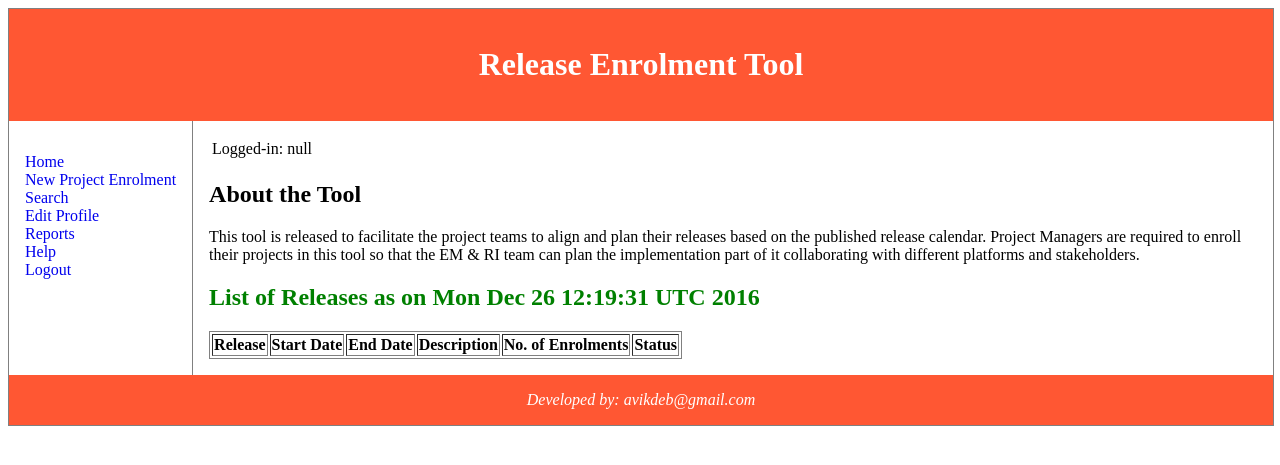
Repository: guribrar/enrolmentapp
Page: http://localhost/enrolmentapp/welcome.jsp
The author's editor kept a copy of each file at every save. The page is drawn from the files as they stood at one save, then again after the next save.
The browser window is 1280 px wide. The pictures show the whole page.
The page is served by Tomcat 9. Other server files are loaded and not shown. Queries for data that is not in the repository find no rows.

Above is the page before, as saved 2016-12-31 17:36:28.

### enrolmentapp/WebContent/welcome.jsp
<%@page import="java.util.Date"%>
<%@ page language="java" contentType="text/html; charset=ISO-8859-1"
    pageEncoding="ISO-8859-1"%>

<%@ taglib uri="http://java.sun.com/jsp/jstl/sql" prefix="sql" %>
<%@ taglib uri="http://java.sun.com/jsp/jstl/core" prefix="c" %>

<!DOCTYPE html>

<sql:query var="rs" dataSource="jdbc/enrolmentapp">
	select * from enrolmentapp.release
</sql:query>

<html>
<head>
<link rel="stylesheet" type="text/css" href="css/style.css">
</head>
<body>

<div class="container">

<header>
   <h1>Release Enrolment Tool</h1>
</header>

<nav>
  <ul>
    <li><a href="testlogin.jsp">Home</a></li>
    <li><a href="underconstruction.jsp">New Project Enrolment</a></li>
    <li><a href="underconstruction.jsp">Search</a></li>
    <li><a href="underconstruction.jsp">Edit Profile</a></li>
    <li><a href="underconstruction.jsp">Reports</a></li>
    <li><a href="underconstruction.jsp">Help</a></li>
    <li><a href="login.jsp">Logout</a></li>
  </ul>
</nav>

<article>
  <table>
  	<tr>
  		<td>Logged-in: <%=request.getAttribute("username") %></td>
  	</tr>
  </table>
  <h1>About the Tool</h1>
  <p>
  This tool is released to facilitate the project teams to align and plan their releases based on the published release calendar.
  Project Managers are required to enroll their projects in this tool so that the EM & RI team can plan the implementation part of it
  collaborating with different platforms and stakeholders.

  <h1><font color="green">List of Releases as on <%= new Date() %></font></h1>

  <table frame="box" border="1">

	<tr>
		<th>Release</th>
		<th>Start Date</th>
		<th>End Date</th>
		<th>Description</th>
		<th>No. of Enrolments</th>
		<th>Status</th>
	</tr>
	<c:forEach var="row" items="${rs.rows}">
	<tr>
		<td>${row.releasename}</td>
		<td>${row.releasestartdate}</td>
		<td>${row.releaseenddate}</td>
		<td>${row.desc}</td>
		<td>5</td>
		<td>${row.status}</td>
	</tr>
	</c:forEach>
</table>

</article>

<footer><i>Developed by: avikdeb@gmail.com</i></footer>

</div>

</body>
</html>

### enrolmentapp/WebContent/css/style.css
@CHARSET "ISO-8859-1";

div.container {
    width: 100%;
    border: 1px solid gray;
}

header, footer {
    padding: 1em;
    color: white;
    background-color: #FF5733;
    clear: left;
    text-align: center;
}

nav {
    float: left;
    max-width: 160px;
    margin: 0;
    padding: 1em;
}

nav ul {
    list-style-type: none;
    padding: 0;
}

nav ul a {
    text-decoration: none;
}

article {
    margin-left: 170px;
    border-left: 1px solid gray;
    padding: 1em;
    overflow: hidden;
}

After the next save:
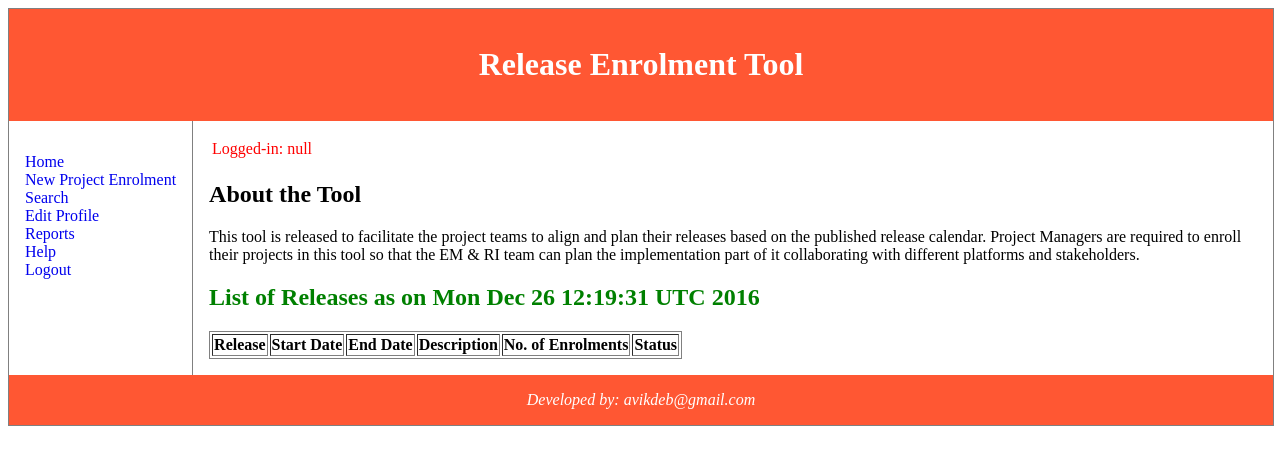
Saved 49 s later.
--- a/enrolmentapp/WebContent/welcome.jsp
+++ b/enrolmentapp/WebContent/welcome.jsp
@@ -38,7 +38,7 @@
 <article>
   <table>
   	<tr>
-  		<td>Logged-in: <%=request.getAttribute("username") %></td>
+  		<td><font color="red">Logged-in: <%=request.getAttribute("username") %></font></td>
   	</tr>
   </table>
   <h1>About the Tool</h1>
